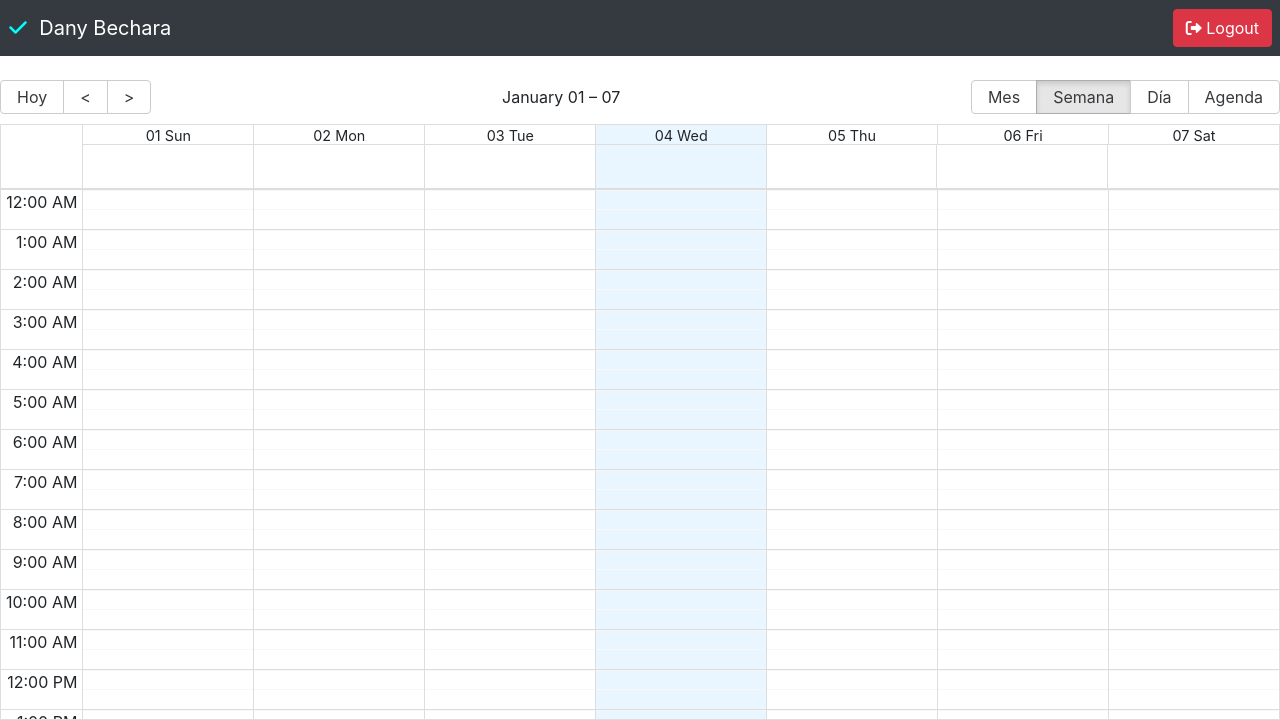
Repository: bechara611/calendar-frontend
Page: /
An editor plug-in stored every save of this project. The page is shown before and after the next save, followed by the edit.
The browser window is 1280 px wide. The pictures show the whole page.
An inner scrolling area shows only its first screen. The project was rebuilt for these pictures with package versions that can differ from the ones it lists, and the page was loaded fresh each time. Also part of the build but not shown: vite.config.js. Imported but missing from the stored project, and not drawn on this page: src/auth.

Above is the page before, as saved 2023-01-04 19:33:44.

### index.html
<!DOCTYPE html>
<html lang="en">
  <head>
    <meta charset="UTF-8" />
    <link rel="icon" type="image/svg+xml" href="/vite.svg" />
    <meta name="viewport" content="width=device-width, initial-scale=1.0" />
    <title>CalendarDB</title>
    <link rel="stylesheet" href="https://cdn.jsdelivr.net/npm/bootstrap@4.5.3/dist/css/bootstrap.min.css" integrity="sha384-TX8t27EcRE3e/ihU7zmQxVncDAy5uIKz4rEkgIXeMed4M0jlfIDPvg6uqKI2xXr2" crossorigin="anonymous">
    <link rel="stylesheet" href="https://cdnjs.cloudflare.com/ajax/libs/font-awesome/6.2.1/css/all.min.css" integrity="sha512-MV7K8+y+gLIBoVD59lQIYicR65iaqukzvf/nwasF0nqhPay5w/9lJmVM2hMDcnK1OnMGCdVK+iQrJ7lzPJQd1w==" crossorigin="anonymous" referrerpolicy="no-referrer" />
  </head>
  <body>
    <div id="root"></div>
    <script type="module" src="/src/main.jsx"></script>
  </body>
</html>

### src/main.jsx
import React from 'react'
import ReactDOM from 'react-dom/client'
import { BrowserRouter } from 'react-router-dom'
import { CalendarApp } from './CalendarApp'
import './styles.css'

ReactDOM.createRoot(document.getElementById('root')).render(


    <BrowserRouter>
      <CalendarApp />
    </BrowserRouter>

)

### src/CalendarApp.jsx
import React from 'react'
import { AppRouter } from './router/AppRouter'

export const CalendarApp = () => {
  return (
   <AppRouter></AppRouter>
  )
}

### src/styles.css
:root {
    --ColorAzul: blue;
  }

### src/router/AppRouter.jsx
import React from 'react'
import { Navigate, Route, Routes } from 'react-router-dom'
import { LoginPages } from '../auth/'
import { CalendarPages } from '../calendar/'


export const AppRouter = () => {
 // const authStatus = 'not-authenticated'
  const authStatus = 'authenticated'
  return (
    <Routes>
      {
        (authStatus === 'not-authenticated'
          ? <Route path='/auth/*' element={<LoginPages></LoginPages>}></Route>
          : <Route path='/*' element={<CalendarPages></CalendarPages>}></Route>
        )
      }
      <Route path='/*' element={<Navigate to={'/auth/login'}></Navigate>}></Route>

    </Routes>
  )
}

### src/calendar/index.js
export * from './pages/CalendarPages'
export * from './components/NavBar'

### src/calendar/pages/CalendarPages.jsx

import 'react-big-calendar/lib/css/react-big-calendar.css'
import React, { useState } from 'react'
import { Calendar } from 'react-big-calendar'
import { NavBar } from '../components/NavBar'
import { localizer } from '../../helpers/'
import { getMessages } from '../../helpers/Messages'
import { CalendarEvent } from '../components/CalendarEvent'
import { addHours } from "date-fns";

export const Events = [{
  title: 'Cumple de dany',
  notes: 'Torta para Dany',
  start: new Date(),
  end: addHours(new Date(), 1),
  bgColor: '#fafafa',
  user: {
    id: '123',
    name: 'Dany Bechara'
  }
}]




export const CalendarPages = () => {

const [lastView, setlastView] = useState(localStorage.getItem('lastview')|| 'week')

const onDoubleClick = (evento) => {
  console.log({ doubleClick: evento })
}
const onClick = (evento) => {
  console.log({ Click: evento })
}
const onViewChange = (evento) => {

  localStorage.setItem('lastview',evento)
  setlastView(localStorage.getItem('lastview'));
}

const eventStyleGetter = (event, start, end, isSelected) => {
  const style = {
    backgroundColor: '#347CF7',
    borderRadius: '0px',
    opacity: 0.8,
    color: 'white'
  }
  if (isSelected) {
    return { style }

  }
}
  return (
    <>
      <NavBar></NavBar>
      <Calendar
      view={lastView}
        localizer={localizer}
        events={Events}
        startAccessor="start"
        endAccessor="end"
        messages={getMessages()}
        style={{ height: 'calc( 100vh - 80px )' }}
        eventPropGetter={eventStyleGetter}
        components={{
          event: CalendarEvent
        }}
        onDoubleClickEvent={onDoubleClick}
        onSelectEvent={onClick}
        onView={onViewChange}
      />

    </>

  )
}

### src/calendar/components/NavBar.jsx
import React from 'react'
import './NavBar.css'
export const NavBar = () => {
  return (
    <div className="navbar navbar-dark bg-dark mb-4 px-2">
    <span className='navbar-brand'>

    <i className="fa-sharp fa-solid fa-check icono"></i>

    &nbsp;
    Dany Bechara
    </span>
    <button className='btn btn-danger '>
    <i className="fa-solid fa-right-from-bracket"></i>

    <span> Logout</span>
    </button>
    </div>
  )
}

### src/helpers/index.js
export * from './CalendarLocalizer'

### src/helpers/Messages.js
export const getMessages =()=>{
    return {
        allDay: 'Todo el día',
        previous: '<',
        next: '>',
        today: 'Hoy',
        month: 'Mes',
        week: 'Semana',
        day: 'Día',
        agenda: 'Agenda',
        date: 'Fecha',
        time: 'Hora',
        event: 'Evento',
        noEventsInRange: 'No hay eventos en este rango',
        showMore: total => `+ Ver más (${total})`
    };
}

### src/calendar/components/CalendarEvent.jsx
import React from 'react'

export const CalendarEvent = ({ event }) => {

    const { title, user } = event
    return (
        <>
            <strong>{title}</strong>
            <span> - {user.name}</span>
        </>)
}

### src/calendar/components/NavBar.css
.icono{
color: aqua;
}

### src/helpers/CalendarLocalizer.js
import {format,parse,startOfWeek,getDay} from 'date-fns'
import enUS from 'date-fns/locale/en-US'
import { dateFnsLocalizer } from 'react-big-calendar'

const locales = {
    'en-US': enUS,
  }

 export const localizer = dateFnsLocalizer({
    format,
    parse,
    startOfWeek,
    getDay,
    locales,
  })

After the next save:
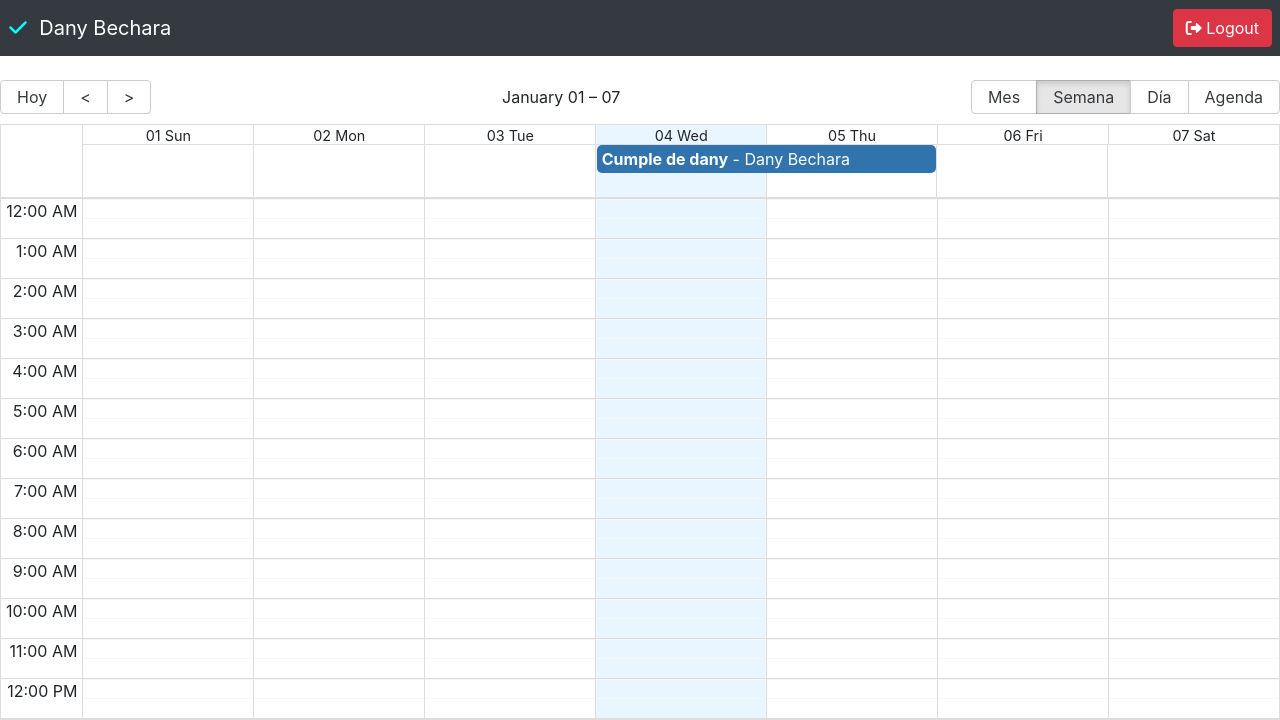
Saved 69 s later.
--- a/src/calendar/pages/CalendarPages.jsx
+++ b/src/calendar/pages/CalendarPages.jsx
@@ -12,7 +12,7 @@
   title: 'Cumple de dany',
   notes: 'Torta para Dany',
   start: new Date(),
-  end: addHours(new Date(), 1),
+  end: addHours(new Date(), 5),
   bgColor: '#fafafa',
   user: {
     id: '123',

After the save that followed:
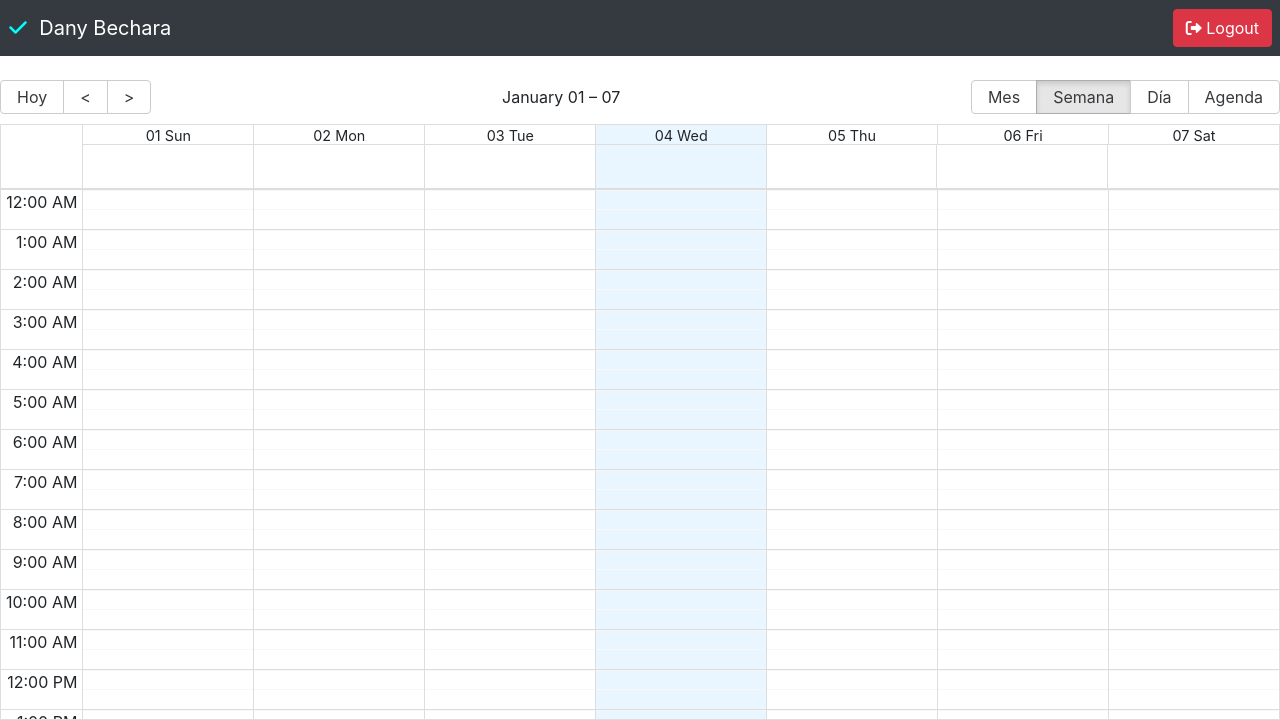
Saved 34 s later.
--- a/src/calendar/pages/CalendarPages.jsx
+++ b/src/calendar/pages/CalendarPages.jsx
@@ -12,7 +12,7 @@
   title: 'Cumple de dany',
   notes: 'Torta para Dany',
   start: new Date(),
-  end: addHours(new Date(), 5),
+  end: addHours(new Date(), 1),
   bgColor: '#fafafa',
   user: {
     id: '123',
